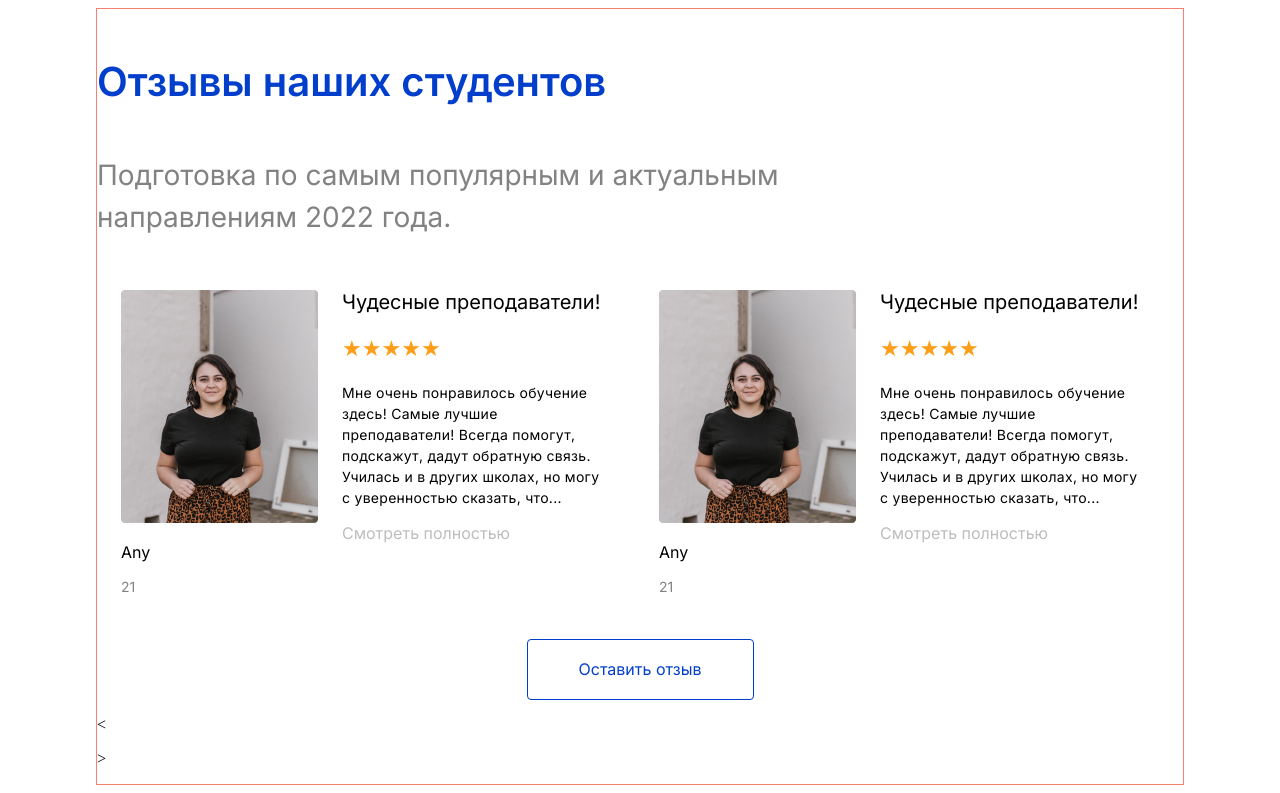
Repository: Malvuna/Studi
Page: index.html
The author's editor kept a copy of each file at every save. The page is drawn from the files as they stood at one save, then again after a run of saves.
The browser window is 1280 px wide. The pictures show the whole page.

Above is the page before, as saved 2022-07-11 17:55:23.

After the next 2 saves:
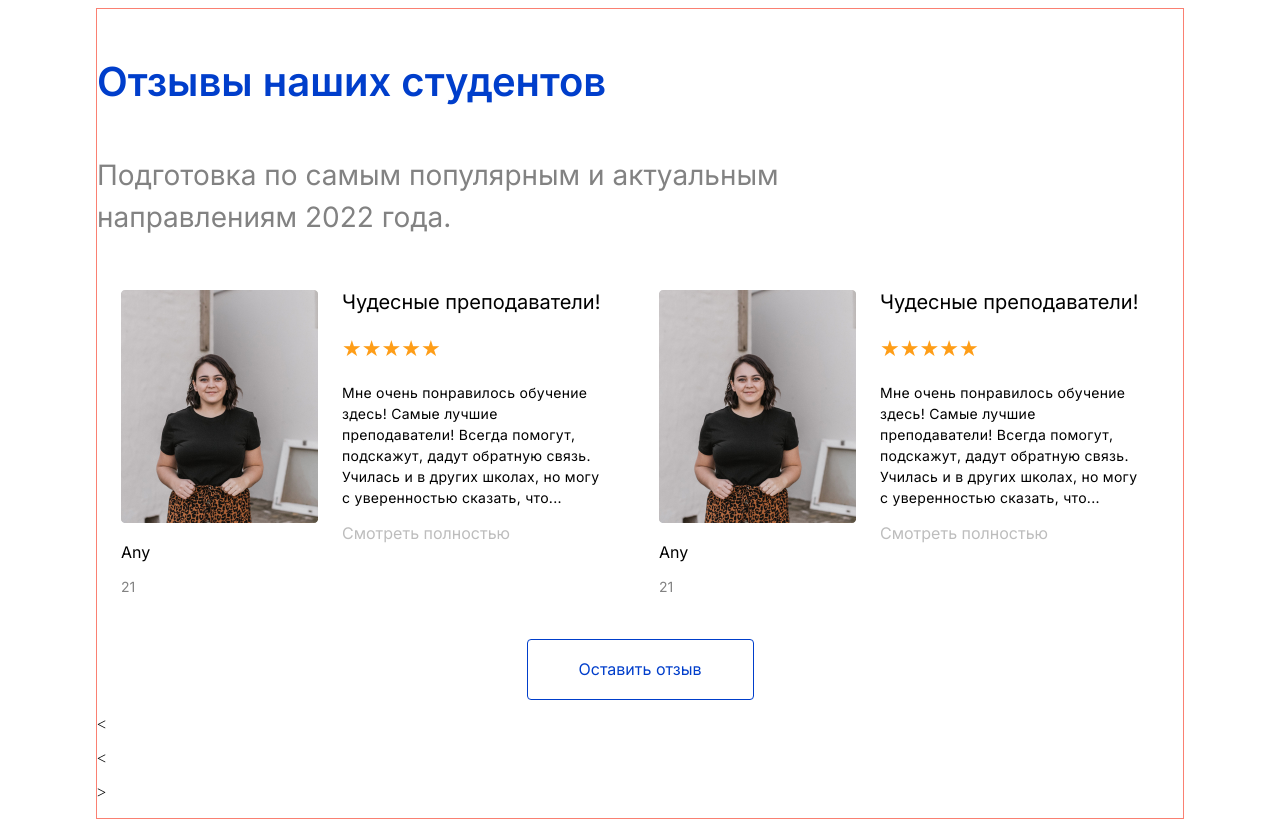
The 2 saves are shown as one change because they came seconds apart.
The last was saved 6 s later.
--- a/javascript/javascript.js
+++ b/javascript/javascript.js
@@ -68,8 +68,8 @@ leftArrow.innerHTML = "<";
 divNavigator.append(leftArrow);
 
 let signList = document.createElement("p");
-leftArrow.innerHTML = "<";
-divNavigator.append(leftArrow);
+signList.innerHTML = "<";
+divNavigator.append(signList);
 
 let rightArrow = document.createElement("p");
 rightArrow.innerHTML = ">";
